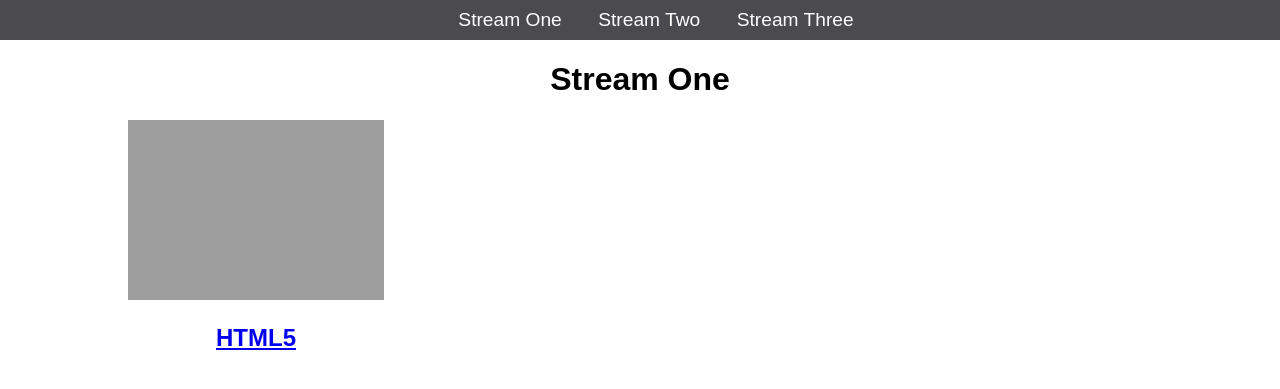
Repository: Sarani1612/my-first-website
Page: stream-one.html
The author's editor kept a record of every edit. The page is drawn from the files as they stood at one moment, then again after the next edit.
The browser window is 1280 px wide. The pictures show the whole page.
Pictures or frames that could not be fetched are drawn as grey boxes.

Above is the page before.

### stream-one.html
<!DOCTYPE html>
<html>
    <head>
        <title>Hello World</title>
        <link rel="stylesheet" href="css/style.css" type="text/css" />
    </head>
    <body>
        <nav>
            <ul>
                <li><a href="stream-one.html">Stream One</a></li>
                <li><a href="stream-two.html">Stream Two</a></li>
                <li><a href="stream-three.html">Stream Three</a></li>
            </ul>
        </nav>
        <h1>Stream One</h1>
        <div class="card">
            <a href="https://en.wikipedia.org/wiki/HTML5">
                <img src="https://upload.wikimedia.org/wikipedia/commons/thumb/6/61/HTML5_logo_and_wordmark.svg/1200px-HTML5_logo_and_wordmark.svg.png" />
                <h2>HTML5</h2>
            </a>
        </div>
    </body>
</html>

### css/style.css
body {
    margin: 0;
    padding: 0;
    font-family: "Oswald", sans-serif;
}

nav ul {
    list-style: none;
    background-color: #4a4a4f;
    text-align: center;
    margin: 0;
    padding: 0;
}

nav li {
    font-size: 1.2em;
    line-height: 40px;
    height: 40px;
    display: inline-block;
    margin-left: 2.5%;
}

nav a {
    text-decoration: none;
    color: #ffffff;
    display: block;
}

nav a:hover {
    background-color: #ffffff;
    color: #4a4a4f;
}

.card {
    float: left;
    width: 20%;
    margin-left: 10%;
}

.card a {
    text-align: center;
}

img {
    width: 100%;
    height: 180px;
}

h1 {
    text-align: center;
}

After the next edit:
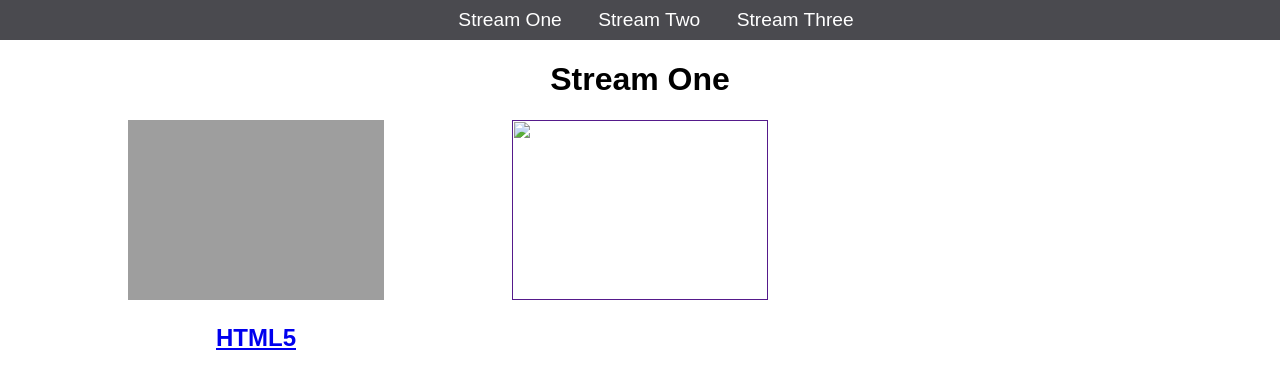
The edit:
--- a/stream-one.html
+++ b/stream-one.html
@@ -19,5 +19,11 @@
                 <h2>HTML5</h2>
             </a>
         </div>
+        <div class="card">
+            <a href="">
+                <img src=""></img>
+                <h2></h2>
+            </a>
+        </div>
     </body>
 </html>
